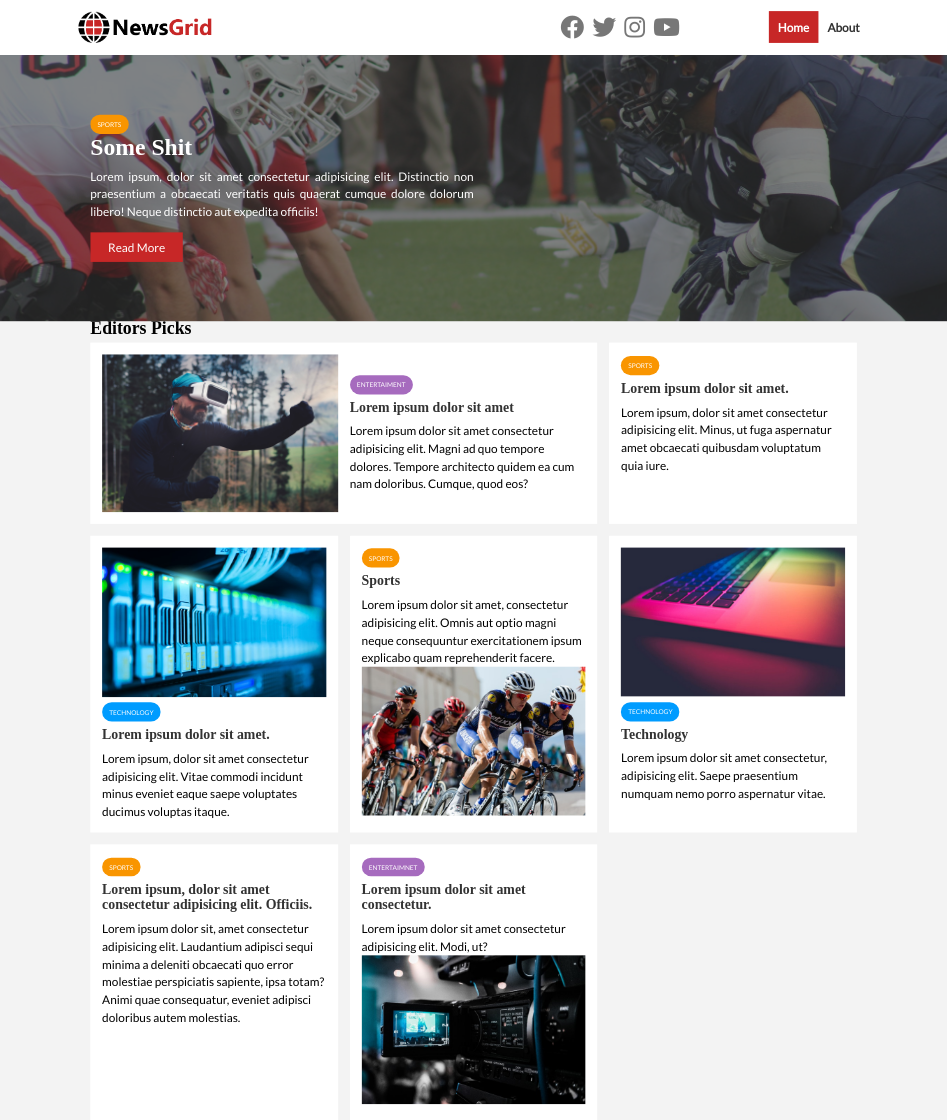
Repository: EswinGiova/NewsGrid
Page: index.html
The author's editor kept a copy of each file at every save. The page is drawn from the files as they stood at one save, then again after the next save.
The browser window is 1280 px wide. The pictures show the whole page, at 74% of full size.
Some web libraries are served in a nearby version.

Above is the page before, as saved 2020-09-19 21:10:06.

After the next save:
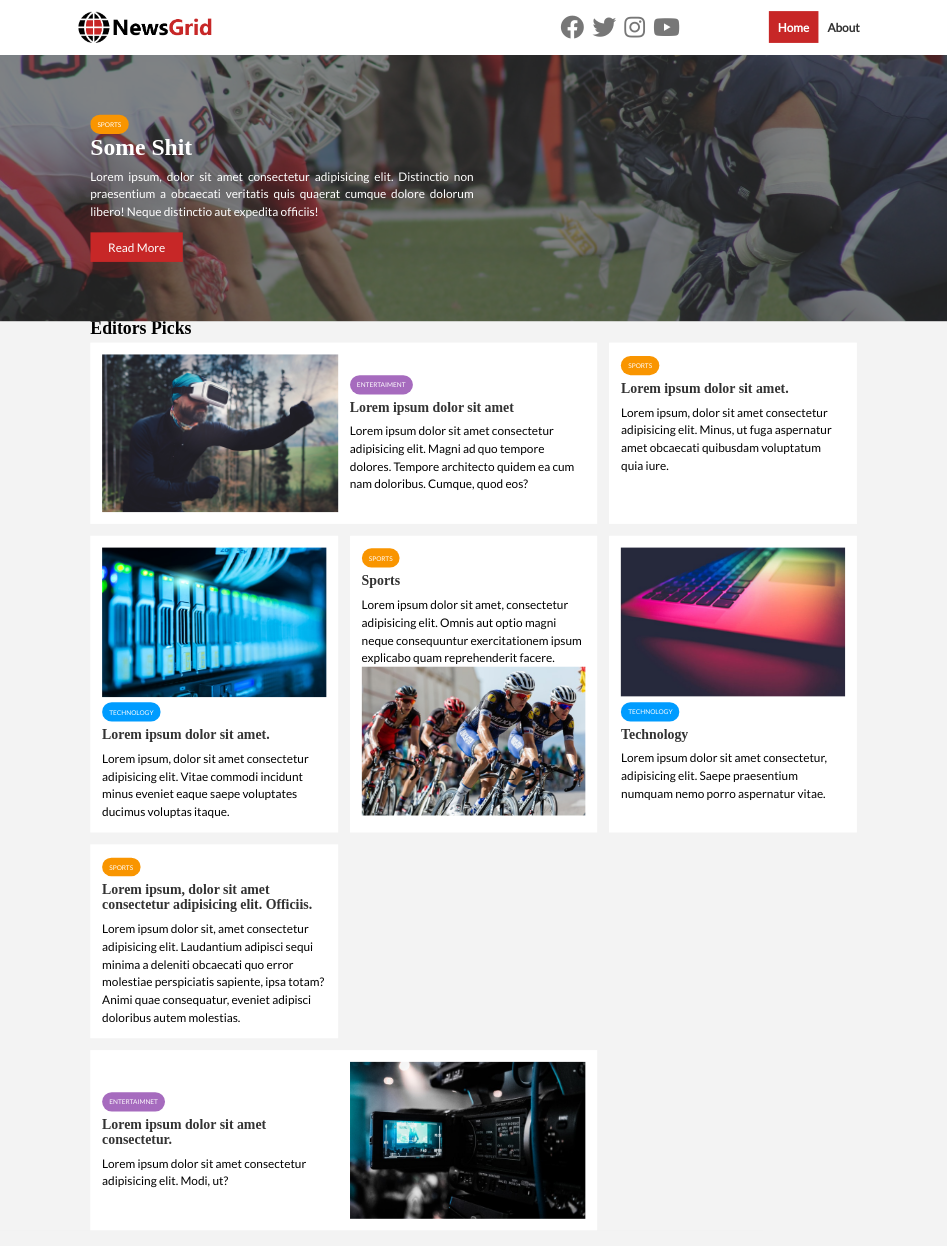
Saved 29 s later.
--- a/css/style.css
+++ b/css/style.css
@@ -199,7 +199,8 @@ h6 {
   grid-gap: 1rem;
 }
 
-#home-articles .articles-container > *:first-child {
+#home-articles .articles-container > *:first-child,
+#home-articles .articles-container > *:last-child {
   display: grid;
   grid-template-columns: repeat(2, 1fr);
   grid-column: 1 / span 2;
